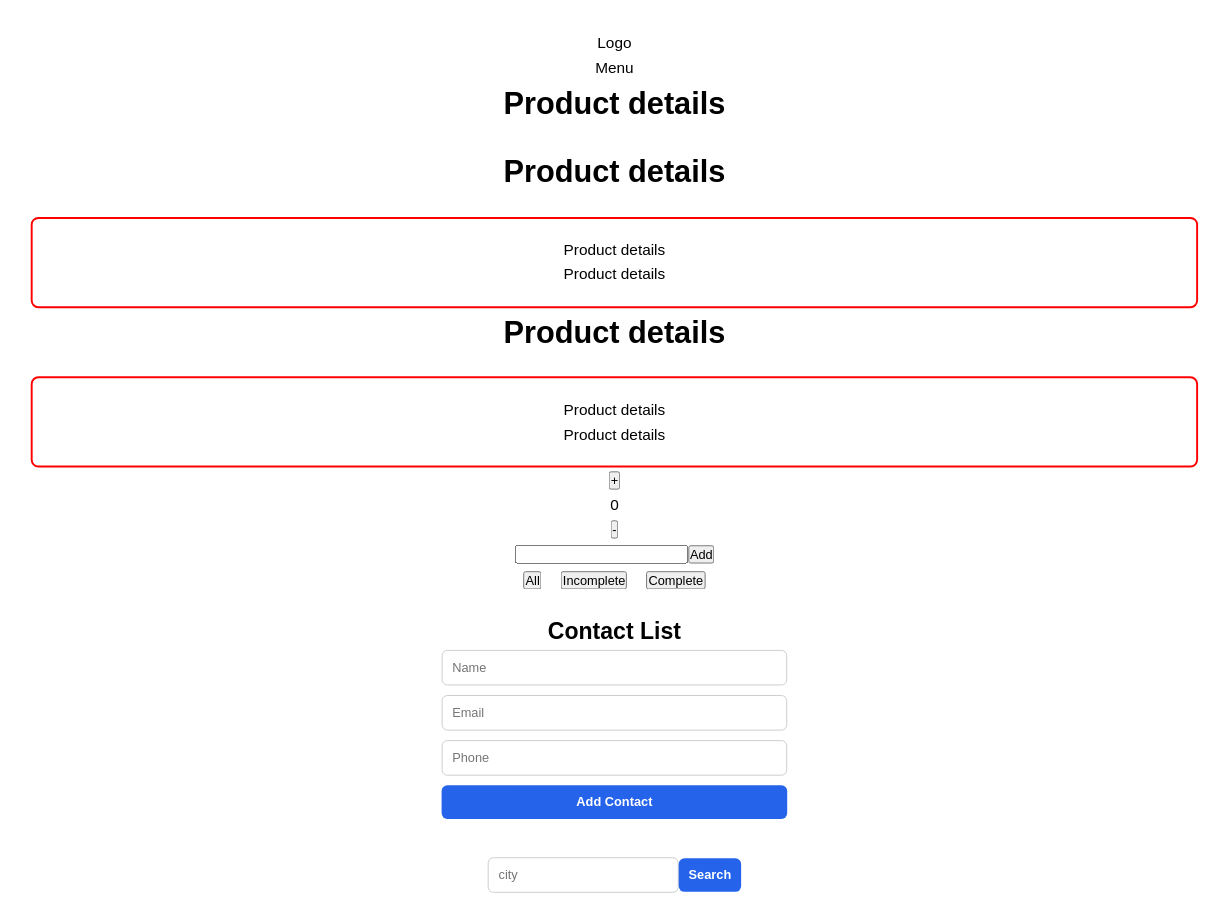
Repository: Manny1294/react-learning
Page: /
An editor plug-in stored every save of this project. The page is shown before and after the next save, followed by the edit.
The browser window is 1280 px wide. The pictures show the whole page, at 96% of full size.
The project was rebuilt for these pictures with package versions that can differ from the ones it lists, and the page was loaded fresh each time. Also part of the build but not shown: vite.config.js, src/components/Toggle.jsx, src/components/UserList.jsx.

Above is the page before, as saved 2026-02-04 15:12:10.

### index.html
<!doctype html>
<html lang="en">
  <head>
    <meta charset="UTF-8" />
    <link rel="icon" type="image/svg+xml" href="/vite.svg" />
    <meta name="viewport" content="width=device-width, initial-scale=1.0" />
    <title>my-react-lesson</title>
  </head>
  <body>
    <div id="root"></div>
    <script type="module" src="/src/main.jsx"></script>
  </body>
</html>

### src/index.css
* {
  margin: 0;
  padding: 0;
  box-sizing: border-box;
}

body {
  font-family: Arial, Helvetica, sans-serif;
  line-height: 1.6;
}

### src/App.jsx
import "./App.css";
import ProductCard from "./components/ProductCard";
import NavBar from "./components/NavBar";
import PerfumeImg from "./assets/perfume.jpg";
import Counter from "./components/Counter";
import Todos from "./components/TodoList";
import Toggle from "./components/Toggle";
import ContactList from "./components/ContactList";
import UserList from "./components/UserList";
import WeatherApp from "./components/WeatherApp";

export default function App() {
  const Product = {
    name: "beans",
    price: "200",
    image: PerfumeImg,
    description: "Nigerian-made long grain rice",
  };
  const Product2 = {
    name: "orange",
    price: "700",
    image: PerfumeImg,
    description: "home made orange",
  };
  return (
    <div>
      <NavBar />
      <h1 style={{ marginBottom: "20px" }}>Product details</h1>
      <ProductCard
        name={Product.name}
        price={Product.price}
        image={Product.image}
        description={Product.description}
      />
      <ProductCard
        name={Product2.name}
        price={Product2.price}
        image={Product2.image}
        description={Product2.description}
      />
      <Counter />
      <Todos />
      {/* <Toggle /> */}
      <ContactList />
      {/* <UserList /> */}
      <WeatherApp />
    </div>
  );
}

// export default App;

### src/components/ProductCard.jsx
import "./ProductCard.css";

function ProductCard() {
  return (
    <>
      <h1 style={{ marginBottom: "20px" }}>Product details</h1>
      <div className="card">
        {/* left- pictures */}
        <div>
          <p>Product details</p>
        </div>
        <div>
          <p>Product details</p>
        </div>
      </div>
    </>
  );
}

export default ProductCard;

### src/components/NavBar.jsx
export default function NavBar() {
  return (
    <div>
      <div>
        <p>Logo</p>
      </div>
      <div>
        <p>Menu</p>
      </div>
    </div>
  );
}

### src/components/Counter.jsx
import { useState } from "react";
export default function Counter() {
  const [count, setCount] = useState(0);

  function increaseCount() {
    setCount(count + 1);
  }

  function decreaseCount() {
    if (count > 0) {
      setCount(count - 1);
    }
  }
  return (
    <>
      <button onClick={increaseCount}>+</button>
      <p>{count}</p>
      <button onClick={decreaseCount}>-</button>
    </>
  );
}

### src/components/TodoList.jsx
import { useState } from "react";

export default function Todos() {
  const [todos, setTodos] = useState([]);
  // to track changes when typing in the input textbox
  const [input, setInput] = useState("");

  const [filter, setFilter] = useState("all");

  // to add todo item to the todos object array and clear the input to an empty string afterwards
  function addTodos() {
    setTodos([...todos, { text: input, completed: false }]);
    setInput("");
  }

  // to delete each todo item by filtering through the index
  function deleteTodo(index) {
    setTodos(todos.filter((_, i) => i !== index));
  }

  // to strike through a completed todo item using the index as identifier
  function toggleComplete(index) {
    setTodos(
      todos.map((todo, i) =>
        // confirm if it's the todo we click on and change status if not leave as it is
        i === index ? { ...todo, completed: !todo.completed } : todo,
      ),
    );
  }

  // logic to filter the todos based on their status
  let filteredTodos;
  if (filter === "all") {
    filteredTodos = todos;
  } else if (filter === "complete") {
    filteredTodos = todos.filter((todo) => todo.completed === true);
  } else if (filter === "incomplete") {
    filteredTodos = todos.filter((todo) => todo.completed === false);
  }

  return (
    <>
      <div>
        <input
          type="text"
          value={input}
          onChange={(event) => {
            console.log("Typing:", event.target.value);
            setInput(event.target.value);
          }}
        ></input>

        <button onClick={addTodos}>Add</button>
        <div
          style={{
            display: "flex",
            gap: "20px",
            alignItems: "center",
            justifyContent: "center",
            margin: "5px",
          }}
        >
          {/* buttons to filter the different starus of todo. items */}
          <button onClick={() => setFilter("all")}>All</button>
          <button onClick={() => setFilter("incomplete")}>Incomplete</button>
          <button onClick={() => setFilter("complete")}>Complete</button>
        </div>

        {/* conditional rendering */}
        {filteredTodos.map((todo, index) => (
          <li
            key={index}
            onClick={() => toggleComplete(index)}
            style={{
              textDecoration: todo.completed ? "line-through" : "none",
              color: todo.completed ? "red" : "black",
              cursor: "pointer",
            }}
          >
            {todo.text}
            <button
              onClick={(e) => {
                e.stopPropagation();
                deleteTodo(index);
              }}
            >
              Delete
            </button>
          </li>
        ))}
      </div>
    </>
  );
}

### src/components/ContactList.jsx
import { useState } from "react";

export default function ContactList() {
  // store all contacts in an array list
  const [contacts, setContacts] = useState([]);

  // Object to track what the user is currently typing in each input field
  const [input, setInput] = useState({ name: "", email: "", phone: "" });

  //   to spread the existing contacts and add the new entry amd also clear the input after adding new entry
  function addContact() {
    setContacts([...contacts, input]);
    setInput({ name: "", email: "", phone: "" });
  }

  return (
    <>
      <div style={{ padding: "20px", maxWidth: "400px", margin: "0 auto" }}>
        <h2>Contact List</h2>

        <div style={{ display: "flex", flexDirection: "column", gap: "10px" }}>
          <input
            type="text"
            placeholder="Name"
            value={input.name}
            onChange={(event) =>
              // when user types, spread existing input object and only update the name property
              setInput({ ...input, name: event.target.value })
            }
            style={{
              padding: "10px",
              borderRadius: "6px",
              border: "1px solid #ccc",
            }}
          />

          <input
            type="text"
            placeholder="Email"
            value={input.email}
            onChange={(event) =>
              setInput({ ...input, email: event.target.value })
            }
            style={{
              padding: "10px",
              borderRadius: "6px",
              border: "1px solid #ccc",
            }}
          />

          <input
            type="number"
            placeholder="Phone"
            value={input.phone}
            onChange={(event) =>
              setInput({ ...input, phone: event.target.value })
            }
            style={{
              padding: "10px",
              borderRadius: "6px",
              border: "1px solid #ccc",
            }}
          />

          <button
            onClick={addContact}
            style={{
              padding: "10px",
              background: "#2563eb",
              color: "white",
              border: "none",
              borderRadius: "6px",
              cursor: "pointer",
              fontWeight: "600",
            }}
          >
            Add Contact
          </button>
        </div>

        {/* Display contacts */}
        <ul style={{ listStyle: "none", marginTop: "20px", padding: 0 }}>
          {contacts.map((contact, index) => (
            <li
              key={index}
              style={{
                border: "1px solid #e0e0e0",
                borderRadius: "8px",
                padding: "12px",
                marginBottom: "10px",
                display: "flex",
                justifyContent: "space-between",
                alignItems: "center",
              }}
            >
              <div>
                <p style={{ margin: "4px 0", fontWeight: "600" }}>
                  {contact.name}
                </p>

                <p style={{ margin: "4px 0", color: "#666", fontSize: "14px" }}>
                  {contact.email}
                </p>

                <p style={{ margin: "4px 0", color: "#666", fontSize: "14px" }}>
                  {contact.phone}
                </p>
              </div>

              <button
                onClick={() =>
                  setContacts(contacts.filter((_, i) => i !== index))
                }
                style={{
                  background: "#ef4444",
                  color: "white",
                  border: "none",
                  borderRadius: "6px",
                  padding: "6px 12px",
                  cursor: "pointer",
                }}
              >
                Delete
              </button>
            </li>
          ))}
        </ul>
      </div>
    </>
  );
}

### src/components/WeatherApp.jsx
import { useState } from "react";
import axios from "axios";

export default function WeatherApp() {
  //  state for weather, city, loading
  const [weather, setWeather] = useState(null); // an object -null until i fetch
  const [city, setCity] = useState(""); // a string
  const [loading, setLoading] = useState(false);

  function fetchWeather() {
    setLoading(true);
    axios
      .get(
        `https://api.openweathermap.org/data/2.5/weather?q=${city}&APPID=8c99ea5adb81765db0a5e24e8cdedc69`,
      )
      .then((res) => {
        setWeather(res.data);
        setLoading(false);
      });
  }

  return (
    <>
      <input
        type="text"
        value={city}
        placeholder="city"
        onChange={(event) => {
          console.log("Typing:", event.target.value);
          setCity(event.target.value);
        }}
        style={{
          padding: "10px",
          borderRadius: "6px",
          border: "1px solid #ccc",
        }}
      />

      <button
        onClick={fetchWeather}
        style={{
          padding: "10px",
          background: "#2563eb",
          color: "white",
          border: "none",
          borderRadius: "6px",
          cursor: "pointer",
          fontWeight: "600",
        }}
      >
        Search
      </button>
      <>
        {loading && <p>Loading...</p>}
        {weather && (
          <div>
            <p>City: {weather.name}</p>
            <p>Temp: {weather.main.temp}°C</p>
            <p>Description: {weather.weather[0].id}</p>
          </div>
        )}
      </>
    </>
  );
}

### src/components/ProductCard.css
.card {
  border: 2px solid hsl(0, 100%, 50%);
  padding: 20px;
  border-radius: 8px;
}

Loaded but not shown: src/main.jsx (common file); src/App.css (common file)

After the next save:
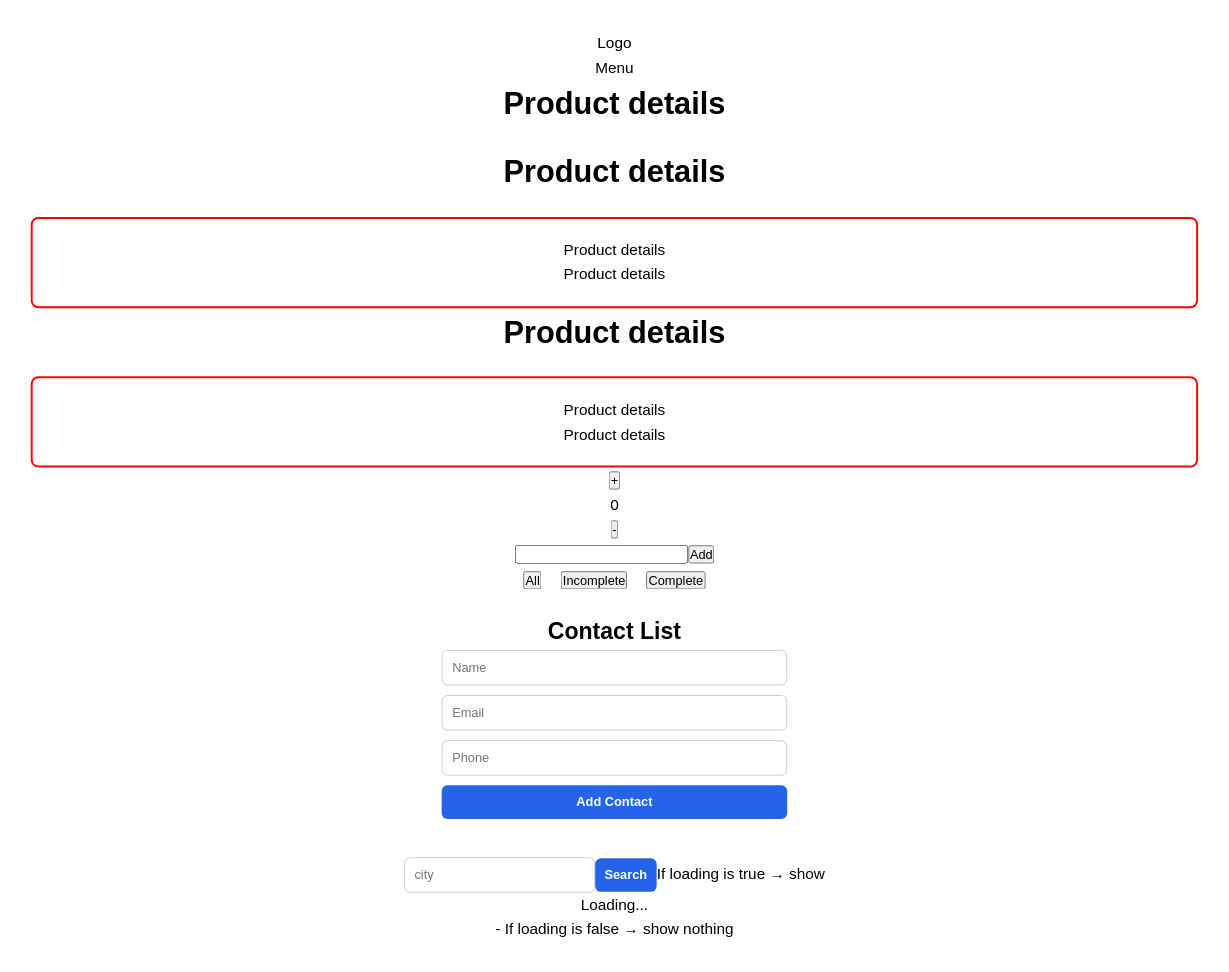
Saved 3 min 37 s later.
--- a/src/components/WeatherApp.jsx
+++ b/src/components/WeatherApp.jsx
@@ -51,6 +51,8 @@ export default function WeatherApp() {
         Search
       </button>
       <>
+        If loading is true → show <p>Loading...</p>- If loading is false → show
+        nothing
         {loading && <p>Loading...</p>}
         {weather && (
           <div>
